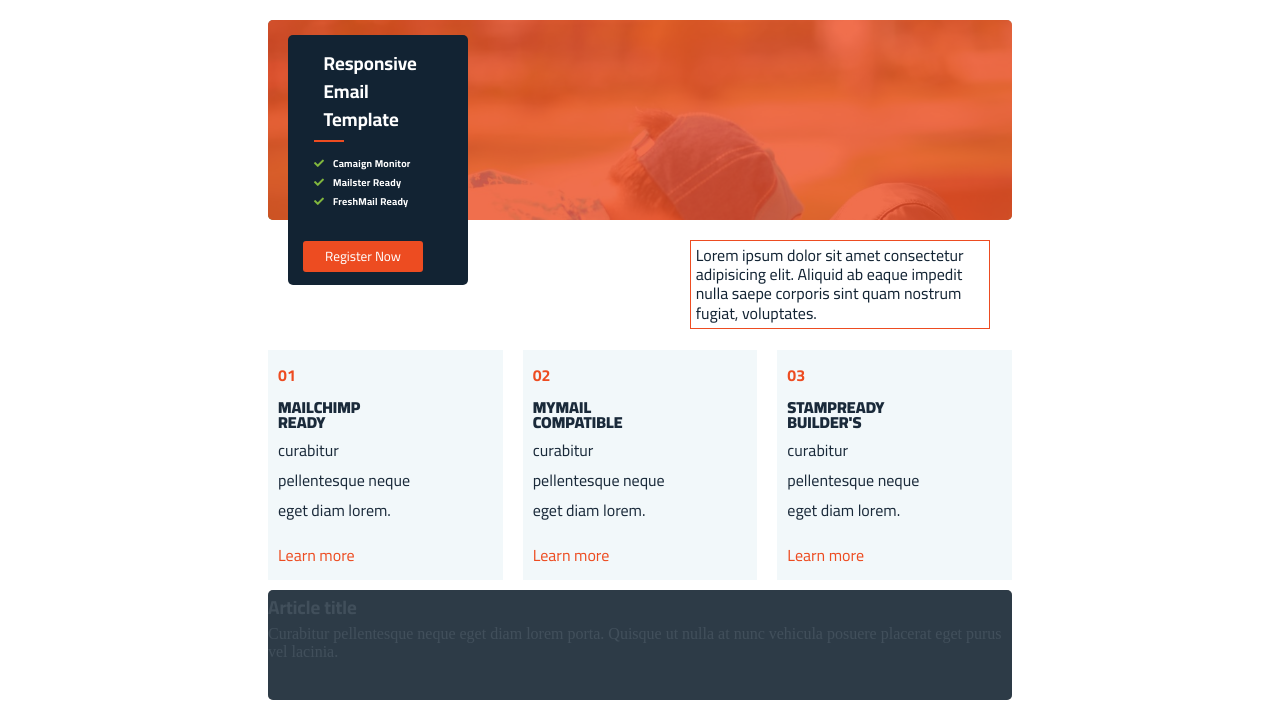
Repository: Z-ayat/Challenges
Page: Challenge 3/index.html
An editor plug-in stored every save of this project. The page is shown before and after the next save, followed by the edit.
The browser window is 1280 px wide. The pictures show the whole page.
Pictures or frames that could not be fetched are drawn as grey boxes.

Above is the page before, as saved 2021-09-04 02:04:47.

### Challenge 3/index.html
<!DOCTYPE html>
<html lang="en">

<head>
    <meta charset="UTF-8">
    <title>Responsive Mail</title>
    <link rel="stylesheet" href="styling/css/master.css">
    <link rel="stylesheet" href="styling/css/all.min.css">
    <link rel="preconnect" href="https://fonts.googleapis.com">
    <link rel="preconnect" href="https://fonts.gstatic.com" crossorigin>
    <link href="https://fonts.googleapis.com/css2?family=Cairo:wght@400;600;700;900&display=swap" rel="stylesheet">
</head>

<body>
    <div class="layout">
        <div class="header">
            <div class="pop">
                <h3>Responsive Email Template</h3>
                <div class="checked">
                    <p class="green-right">Camaign Monitor</p>
                    <p class="green-right">Mailster Ready</p>
                    <p class="green-right">FreshMail Ready</p>
                </div>
                <button class="reg">Register Now</button>
            </div>
        </div>
        <div class="nthere">
            <div class="bord">
                <p>Lorem ipsum dolor sit amet consectetur adipisicing elit. Aliquid ab eaque impedit nulla saepe corporis sint quam nostrum fugiat, voluptates.</p>
            </div>
        </div>
        <div class="cards">
            <div class="one">
                <h4>01</h4>
                <p class="heading-of-card">mailchimp ready</p>
                <p class="card-shits">curabitur pellentesque neque eget diam lorem.</p>
                <p class="learnmore">Learn more </p>

            </div>
            <div class="two">
                <h4>02</h4>
                <p class="heading-of-card">mymail compatible</p>
                <p class="card-shits">curabitur pellentesque neque eget diam lorem.</p>
                <p class="learnmore">Learn more </p>
            </div>
            <div class="three">
                <h4>03</h4>
                <p class="heading-of-card">stampready builder's</p>
                <p class="card-shits">curabitur pellentesque neque eget diam lorem.</p>
                <p class="learnmore">Learn more </p>
            </div>
        </div>
        <div class="foot">
            <h3>Article title</h3>
            <p class="eot">Curabitur pellentesque neque eget diam lorem porta. Quisque ut nulla at nunc vehicula posuere placerat eget purus vel lacinia.</p>
        </div>
    </div>
</body>

</html>

### Challenge 3/styling/css/master.css
* {
    padding: 0;
    margin: 0;
    box-sizing: border-box;
}

:root {
    --maincolor: #122333;
    --secondrycolor: #ED4C21;
    --fontcolor: white;
    /* --anothercolor:; */
    --mainfont: 'Cairo', sans-serif;
    --cardsbgc: #F2F8FA;
    --mainrad: 5px;
}

h3 {
    width: 124px;
    font-family: var(--mainfont);
    color: var(--fontcolor);
}

.layout {
    padding: 20px;
    display: grid;
    gap: 10px;
    grid-template-rows: repeat(4, 1fr);
    grid-template-columns: 1fr 60% 1fr;
    height: 100vh;
}

.header {
    position: relative;
    grid-column-start: 2;
    width: 100%;
    height: 200px;
    background: url(../img/images-24_1080x.jpg);
    background-repeat: no-repeat;
    background-size: cover;
    border-radius: var(--mainrad);
    -webkit-border-radius: var(--mainrad);
    -moz-border-radius: var(--mainrad);
    -ms-border-radius: var(--mainrad);
    -o-border-radius: var(--mainrad);
}

.header::after {
    height: 100%;
    width: 100%;
    position: absolute;
    left: 0;
    top: 0;
    z-index: 0;
    background-color: var(--secondrycolor);
    content: "";
    opacity: 0.8;
    border-radius: var(--mainrad);
    -webkit-border-radius: var(--mainrad);
    -moz-border-radius: var(--mainrad);
    -ms-border-radius: var(--mainrad);
    -o-border-radius: var(--mainrad);
}

.green-right {
    position: relative;
    margin-left: 30px;
    font-size: 10px;
    font-weight: bold;
    letter-spacing: 0.23px;
    color: var(--fontcolor);
    font-family: var(--mainfont);
}

.checked {
    margin-top: 20px;
    background-color: var(--maincolor);
}

.pop {
    position: absolute;
    left: 20px;
    top: 15px;
    padding-top: 5px;
    padding-left: 15px;
    border-radius: var(--mainrad);
    width: 180px;
    height: 250px;
    background-color: var(--maincolor);
    z-index: 2;
    -webkit-border-radius: var(--mainrad);
    -moz-border-radius: var(--mainrad);
    -ms-border-radius: var(--mainrad);
    -o-border-radius: var(--mainrad);
}

.pop h3 {
    line-height: 1.5;
    position: relative;
    margin: 10px auto;
}

.pop h3::after {
    position: absolute;
    content: "";
    height: 2px;
    width: 30px;
    bottom: -8px;
    left: -10px;
    background-color: var(--secondrycolor);
}

.green-right::before {
    position: absolute;
    top: 4px;
    display: block;
    left: -19px;
    float: left;
    color: #81B73E;
    font-family: "Font Awesome 5 Free";
    font-weight: 900;
    content: "\f00c";
}

.green-right::before {
    display: inline-block;
    font-style: normal;
    font-variant: normal;
    text-rendering: auto;
    -webkit-font-smoothing: antialiased;
}

.reg {
    padding: 3px;
    width: 120px;
    color: var(--fontcolor);
    background-color: var(--secondrycolor);
    outline: none;
    border: none;
    border-radius: 3px;
    margin: 30px 0 20px 0px;
    font-family: var(--mainfont);
    -webkit-border-radius: 3px;
    -moz-border-radius: 3px;
    -ms-border-radius: 3px;
    -o-border-radius: 3px;
}

.nthere {
    grid-column-start: 2;
    grid-row-start: 2;
    position: relative;
}

.bord {
    border: var(--secondrycolor) solid 1px;
    padding: 5px;
    width: 300px;
    position: absolute;
    top: 10px;
    right: 3%;
    font-family: var(--mainfont);
    line-height: 1.2;
    color: var(--maincolor);
}

.cards {
    display: grid;
    gap: 20px;
    grid-template-columns: repeat(3, 1fr);
    justify-content: center;
    grid-column-start: 2;
    grid-row-start: 3;
}

.one,
.two,
.three {
    padding: 10px;
    height: max-content;
    background-color: var(--cardsbgc);
}

h4 {
    color: var(--secondrycolor);
    font-family: var(--mainfont);
    margin-bottom: 10px;
}

.heading-of-card {
    margin-bottom: 5px;
    text-transform: uppercase;
    font-weight: 800;
    width: 20px;
    line-height: 0.95;
}

.card-shits {
    margin-bottom: 15px;
    color: #7F7F7F;
    width: 150px;
}

.heading-of-card,
.card-shits {
    color: #1A2A3A;
    font-family: var(--mainfont);
}

.learnmore {
    font-family: var(--mainfont);
    color: var(--secondrycolor);
}

.foot {
    position: relative;
    background: url(../img/pexels-suzukii-xingfu-708764.jpg);
    height: 100%;
    background-size: cover;
    background-position: center;
    grid-column-start: 2;
    border-radius: var(--mainrad);
    -webkit-border-radius: var(--mainrad);
    -moz-border-radius: var(--mainrad);
    -ms-border-radius: var(--mainrad);
    -o-border-radius: var(--mainrad);
}

.eot {
    color: var(--fontcolor);
}

.foot::after {
    height: 100%;
    width: 100%;
    position: absolute;
    left: 0;
    top: 0;
    z-index: 0;
    background-color: var(--maincolor);
    content: "";
    opacity: 0.8;
    border-radius: var(--mainrad);
    -webkit-border-radius: var(--mainrad);
    -moz-border-radius: var(--mainrad);
    -ms-border-radius: var(--mainrad);
    -o-border-radius: var(--mainrad);
}

Loaded but not shown: Challenge 3/styling/css/all.min.css (library)

After the next save:
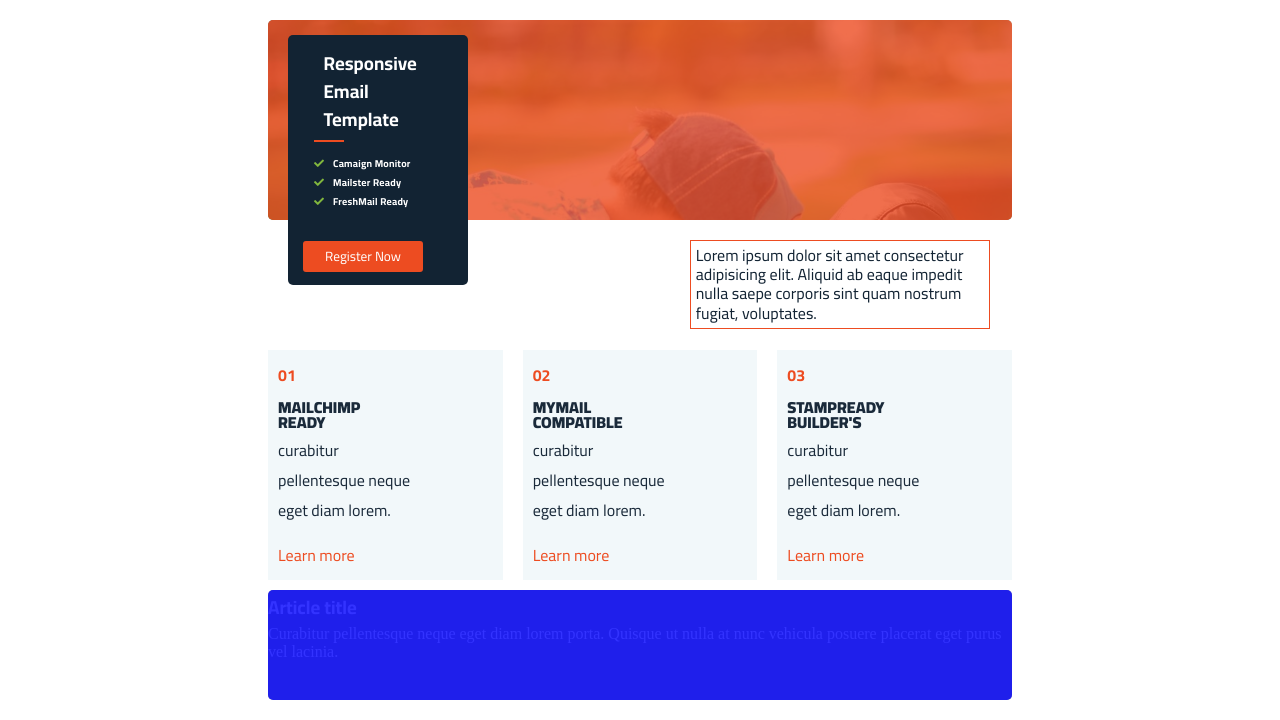
Saved 26 s later.
--- a/Challenge 3/styling/css/master.css
+++ b/Challenge 3/styling/css/master.css
@@ -236,7 +236,7 @@ h4 {
     left: 0;
     top: 0;
     z-index: 0;
-    background-color: var(--maincolor);
+    background-color: blue;
     content: "";
     opacity: 0.8;
     border-radius: var(--mainrad);

After the save that followed:
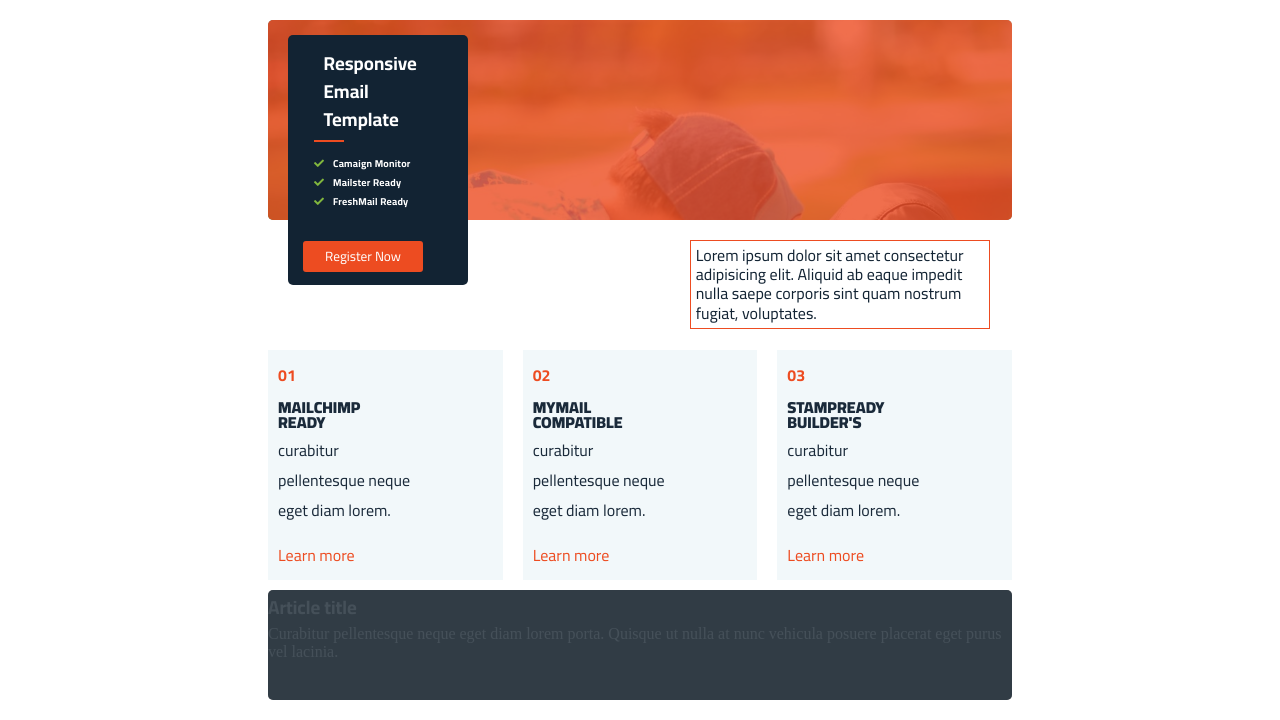
Saved 15 s later.
--- a/Challenge 3/styling/css/master.css
+++ b/Challenge 3/styling/css/master.css
@@ -236,7 +236,7 @@ h4 {
     left: 0;
     top: 0;
     z-index: 0;
-    background-color: blue;
+    background-color: #172530;
     content: "";
     opacity: 0.8;
     border-radius: var(--mainrad);
